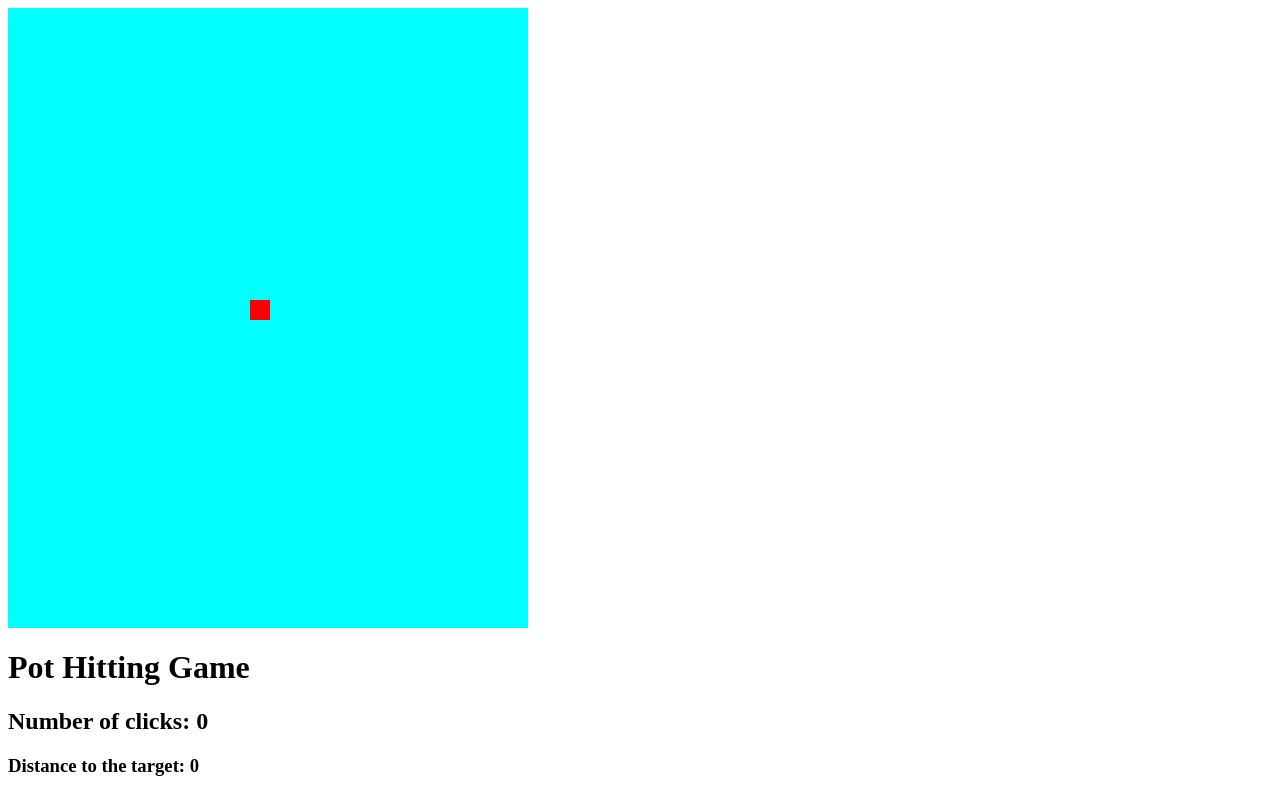
Repository: manojsatya/Web_development
Page: PotHitting_game/index.html
These files come from the project's save history. The page is drawn as it stood at one moment and after a run of saves; the edit follows.
The browser window is 1280 px wide. The pictures show the whole page.

Above is the page before, as saved 2019-06-03 14:39:51.

### PotHitting_game/index.html
<!DOCTYPE html>
<html lang="en">
<head>
    <meta charset="UTF-8">
    <meta name="viewport" content="width=device-width, initial-scale=1.0">
    <meta http-equiv="X-UA-Compatible" content="ie=edge">
    <title>Pot Hitting Game</title>

    <link rel="stylesheet" href="potplay.css">
</head>
<body>


    <div class="playarea">  </div>
    <div class="target"></div>

    <div class="info">
            <h1 class="head">Pot Hitting Game</h1>
            <h2> Number of clicks: <span id="clicks">0</span></h2>
            <h3>Distance to the target: <span id="dist">0</span></h3>

    </div>




    <!-- <h2 onclick="showCoords(event)">Click this heading to get the x (horizontal) and y (vertical) coordinates of the mouse pointer when it was clicked.</h2>

    <p><strong>Tip:</strong> Try to click different places in the heading.</p>
 -->
    <p id="demo"></p>

    <script src="potplay.js"></script>


</body>
</html>

### PotHitting_game/potplay.css
.playarea{
    padding: 10px;
    margin: 0;
    width: 500px;
    height: 600px;
    background-color: aqua;
    left: 10px;



}

.selected{
    background-color: red;
}


.info{
    display: inline;
}

.target{
    position: absolute;
    width: 20px;
    height: 20px;
    background-color: red;
    top: 300px;
    left: 250px;
}

### PotHitting_game/potplay.js
var playarea = document.querySelector(".playarea");
var targetarea = document.querySelector(".target");
var clicktext = document.getElementById("clicks");
var x;
var y;
var xPot = 250;
var yPot = 300;
var showDist = document.getElementById("dist");
var clickCount = 0;

playarea.addEventListener("click", function(){
    clickCount++ ;
    clicktext.textContent = clickCount;
    xClick = event.clientX;
    yClick = event.clientY;
    var distance = Math.sqrt(Math.pow(xPot - xClick, 2) + Math.pow(yPot - yClick, 2));
    showDist.textContent = distance;
    console.log("Herer");
    console.log(playarea.offsetTop);
    console.log("Herer");

});

targetarea.addEventListener("click", function(){

    alert("Clicked the target area");
});

/* function showCoords(event) {
    x = event.clientX;
    y = event.clientY;
    var coords = "X coords: " + x + ", Y coords: " + y;

    console.log(coords);

    //document.getElementById("demo").innerHTML = coords;
  } */

function getDistance(xPot, xClick, yPot, yClick){
    var distance = Math.sqrt(Math.pow(xPot - xClick, 2) + Math.pow(yPot - yClick, 2));
    return distance;
}

After the next 2 saves:
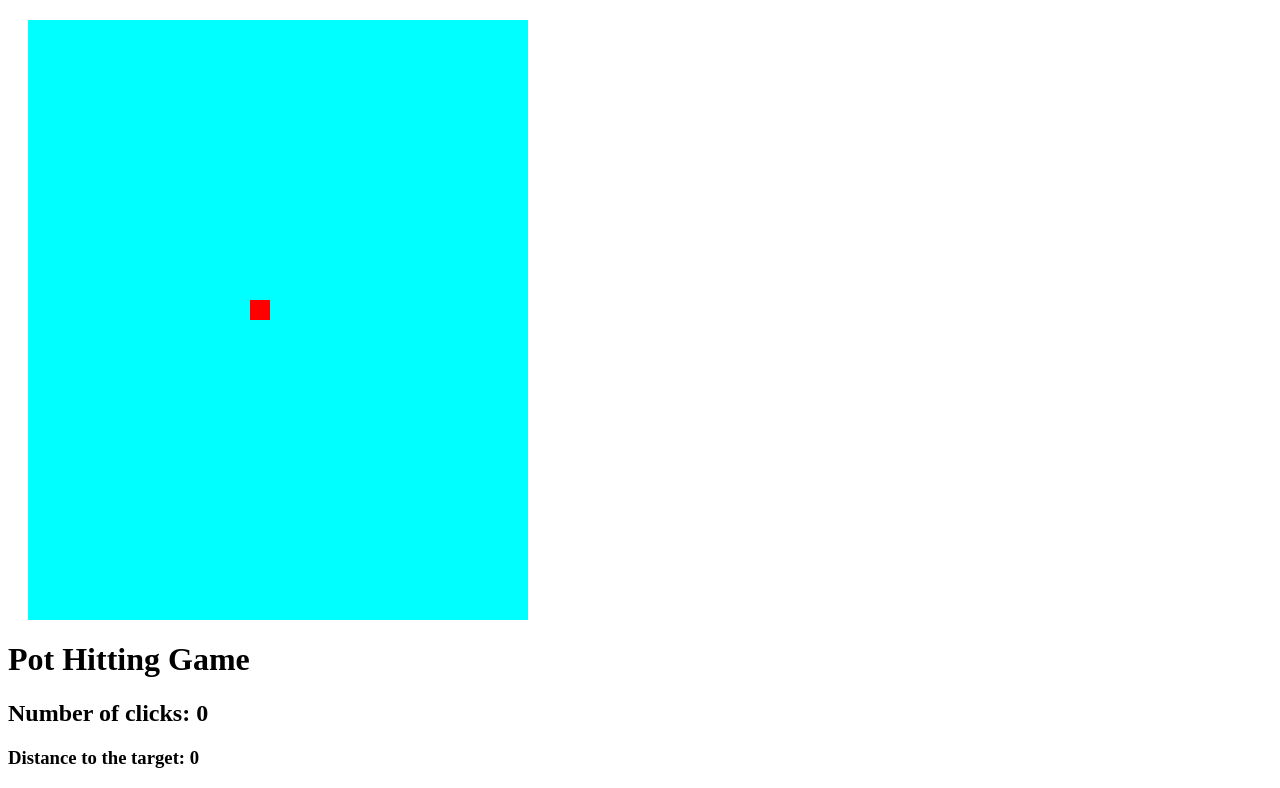
The 2 saves are shown as one change because they came seconds apart.
The last was saved 21 s later.
--- a/PotHitting_game/potplay.css
+++ b/PotHitting_game/potplay.css
@@ -1,6 +1,5 @@
 .playarea{
-    padding: 10px;
-    margin: 0;
+    margin: 20px;
     width: 500px;
     height: 600px;
     background-color: aqua;
